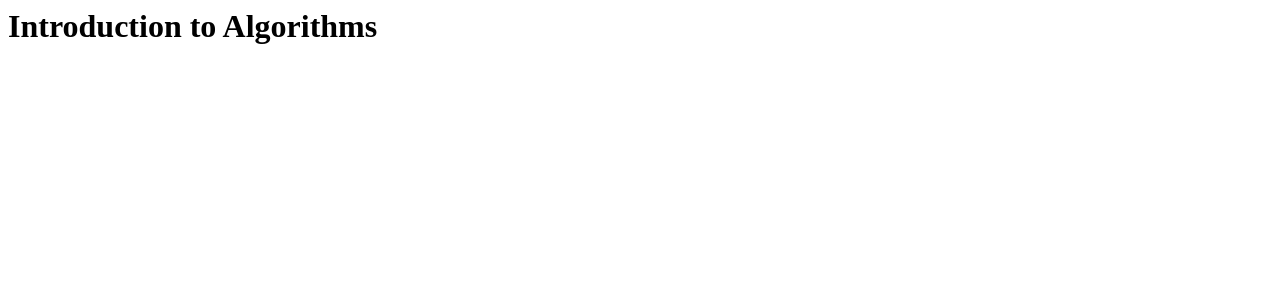
Repository: baltejas/algorithms
Page: algorithms/src/main/webapp/WEB-INF/views/index.html
These files come from the project's save history. The page is drawn as it stood at one moment and after the next save; the edit follows.
The browser window is 1280 px wide. The pictures show the whole page.

Above is the page before, as saved 2017-05-06 16:50:36.
Not found: algorithms/src/main/webapp/WEB-INF/css/bootstrap.css

After the next save:
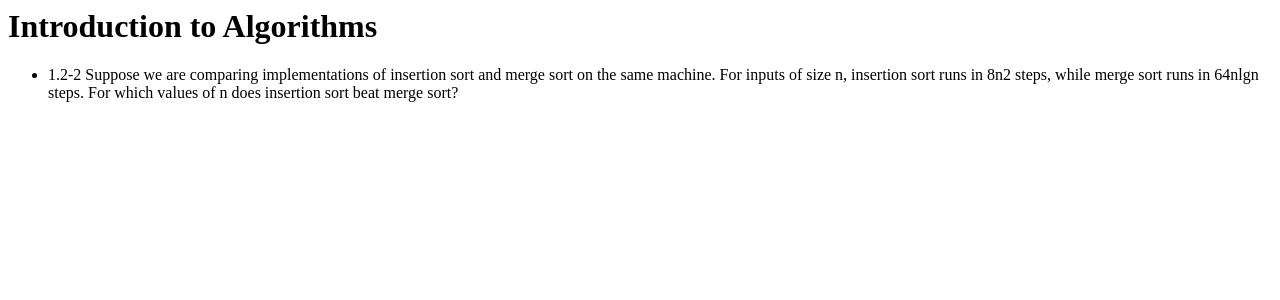
Saved 5 min 36 s later.
--- a/algorithms/src/main/webapp/WEB-INF/views/index.html
+++ b/algorithms/src/main/webapp/WEB-INF/views/index.html
@@ -4,5 +4,8 @@
 	</head>
 	<body>
 		<h1>Introduction to Algorithms</h1>
+		<ul>
+			<li>1.2-2 Suppose we are comparing implementations of insertion sort and merge sort on the same machine. For inputs of size n, insertion sort runs in 8n2 steps, while merge sort runs in 64nlgn steps. For which values of n does insertion sort beat merge sort?</li>
+		</ul>
 	</body>
 </html>
